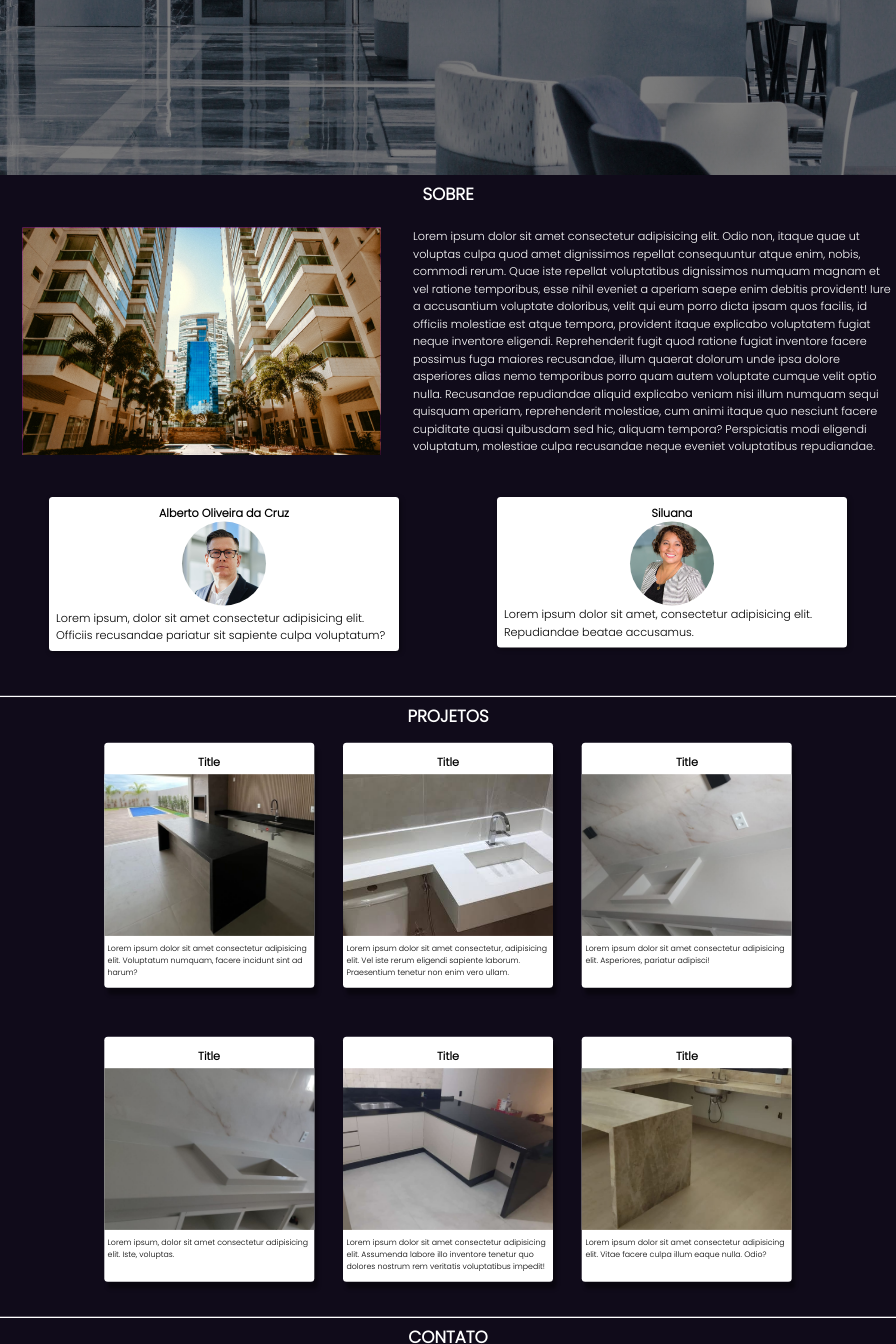
Repository: XFERRER7/projeto-xt7
Page: projetoMarmoraria/index.html
An editor plug-in stored every save of this project. The page is shown before and after a run of saves, followed by the edit.
The browser window is 1280 px wide. The pictures show the part of the page from y = 470 to 2390 px (the page is 2979 px tall), at 70% of full size.
Some web libraries are served in a nearby version.

Above is the page before, as saved 2022-05-09 18:31:21.

After the next 3 saves:
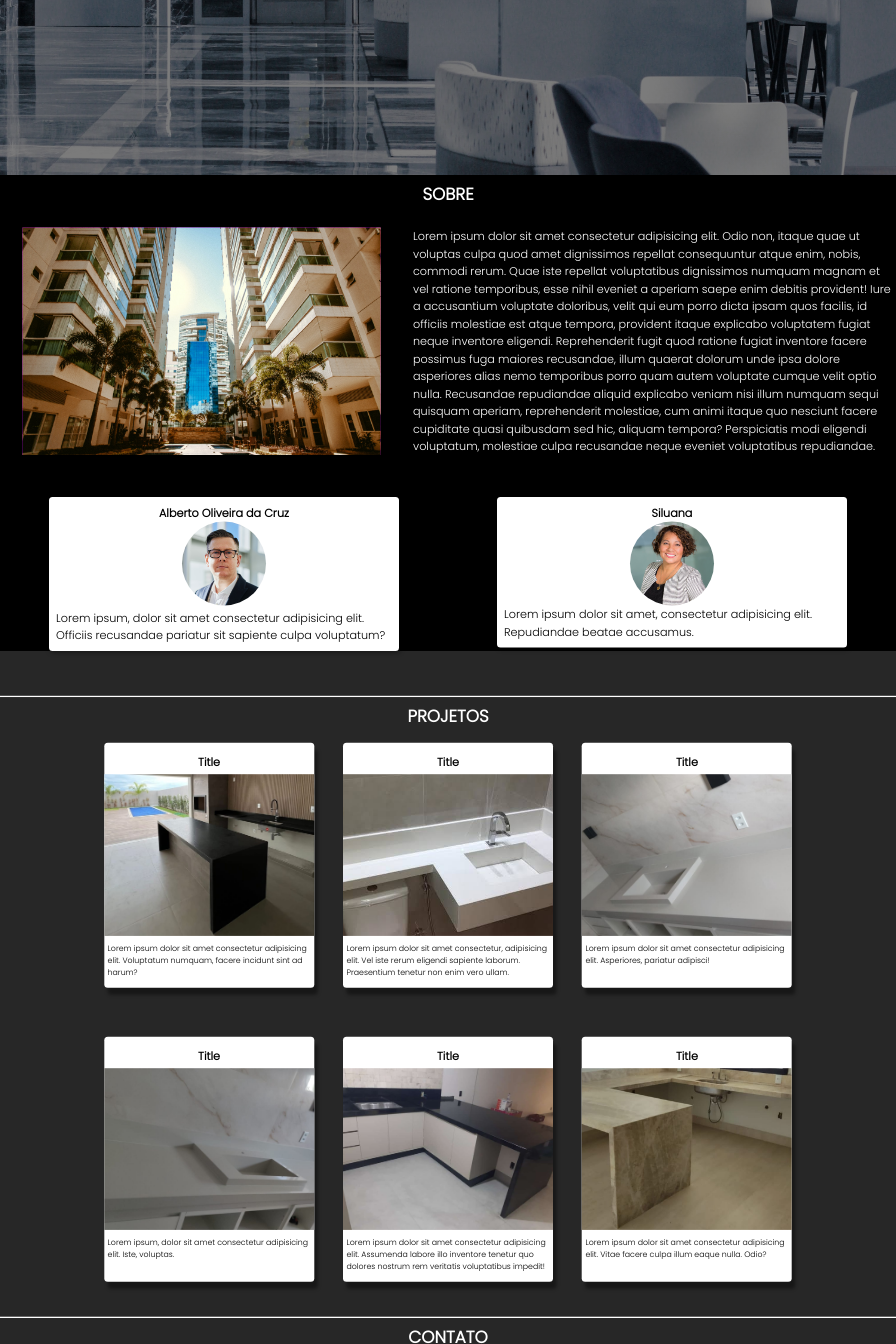
The 3 saves are shown as one change because they came seconds apart.
The last was saved 25 s later.
--- a/projetoMarmoraria/css/style.css
+++ b/projetoMarmoraria/css/style.css
@@ -9,7 +9,7 @@
 }
 
 body {
-  background-color: rgb(16, 11, 26);
+  background-color: #272727;
   color: #ffffff;
 }
 
@@ -191,7 +191,7 @@ main {
 /*------------------------------------Sobre------------------------------------*/
 
 .section-b {
-  background-color: rgb(16, 11, 26);
+  background-color: #000000;
   color: #ffffff;
   margin-bottom: 5%;
 }
@@ -335,7 +335,7 @@ main {
 /*------------------------------Projetos------------------------------*/
 
 .section-a {
-  background-color: rgb(16, 11, 26);
+  background-color: #272727;
 }
 
 #section-a-h1 {
@@ -441,7 +441,7 @@ main {
 /*-----------------------------------Contato-----------------------------------*/
 
 .section-c {
-  background-color: rgb(16, 11, 26);
+  background-color: #272727;
 
 }
 
